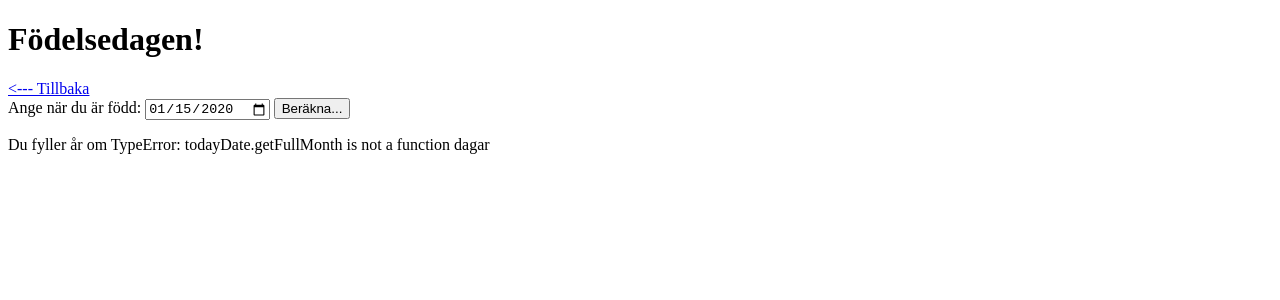
Repository: LindaOtt/1dv403-lo222hd-laborationer
Page: 1-vandalen/birthday/index.html
The author's editor kept a record of every edit. The page is drawn from the files as they stood at one moment, then again after the next edit.
The browser window is 1280 px wide. The pictures show the whole page.
Empty fields were first filled with sample values (such as "Sample", 5 or name@example.com).
After loading, the first visible `#send` was clicked once.

Above is the page before.

### 1-vandalen/birthday/index.html
<!DOCTYPE html>
<html lang="sv">
<head>
	<meta charset="UTF-8" />
 	<title>JavaScript - Strängar</title>
 	<style>
 		.error {
 			background-color: #F7A1A1;
 		}
 	</style>
</head>
    <body>
        <h1>Födelsedagen!</h1>
        <a href="../index.html">&lt;--- Tillbaka</a>
 		<form>
 			Ange när du är född:
 			<input type="date" id="string" /> <input id="send" type="submit" value="Beräkna..." />
 			<p id="value"></p>
		</form>
        <p class="innerHTML"></p>
        <p class="classList"></p>
    	  <script src="script.js"></script>

    </body>
</html>

### 1-vandalen/birthday/script.js
"use strict";

window.onload = function(){


	var birthday = function(date){

		var valid = false;
		var message = 0;

		//Kollar formatet på det inmatade datumet
		/*
		if (date.length == 10 && (date.charAt(4) === "-") && (date.charAt(7) === "-") ) {
			if (isNaN(Date.parse(date))) {
				alert("Not valid!");
			}
			else {
				alert("Valid!");
			}
		}
		else {
			alert('Not valid!');
		}
		*/

		if (date.length == 10 && (date.charAt(4) === "-") && (date.charAt(7) === "-") ) {
			try {
				//Omvandlar datumet som användaren skrivit in till strängformat
				var dateString = Date.parse(date);

				//Hämtar dagens datum
				var todayDate = new Date();
				var todayYear = todayDate.getFullYear();
				var todayMonth = todayDate.getFullMonth();
				var todayDay = todayDate.getDate();

				alert(todayYear + "-" + todayMonth + "-" + todayDate);


			}
			catch(error) {
				message = error;
			}
		}

		return message;

	};
	// ------------------------------------------------------------------------------


	// Kod för att hantera utskrift och inmatning. Denna ska du inte behöva förändra
	var p = document.querySelector("#value"); // Referens till DOM-noden med id="#value"
	var input = document.querySelector("#string");
	var submit = document.querySelector("#send");

	// Vi kopplar en eventhanterare till formulärets skickaknapp som kör en anonym funktion.
	submit.addEventListener("click", function(e){
		e.preventDefault(); // Hindra formuläret från att skickas till servern. Vi hanterar allt på klienten.

		p.classList.remove( "error");

		try {
			var answer = birthday(input.value) // Läser in texten från textrutan och skickar till funktionen "convertString"
			var message;
			switch (answer){
				case 0: message = "Grattis på födelsedagen!";
					break;
				case 1: message = "Du fyller år imorgon!";
					break;
				default: message = "Du fyller år om " + answer + " dagar";
					break;
			}

			p.innerHTML = message;
		} catch (error){
			p.classList.add( "error"); // Växla CSS-klass, IE10+
			p.innerHTML = error.message;
		}

	});



};

After the next edit:
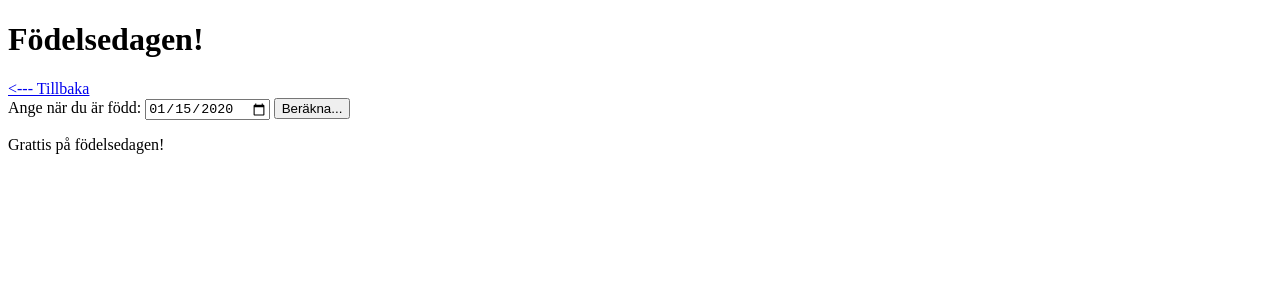
The edit:
--- a/1-vandalen/birthday/script.js
+++ b/1-vandalen/birthday/script.js
@@ -31,7 +31,7 @@
 				//Hämtar dagens datum
 				var todayDate = new Date();
 				var todayYear = todayDate.getFullYear();
-				var todayMonth = todayDate.getFullMonth();
+				var todayMonth = todayDate.getMonth();
 				var todayDay = todayDate.getDate();
 
 				alert(todayYear + "-" + todayMonth + "-" + todayDate);
